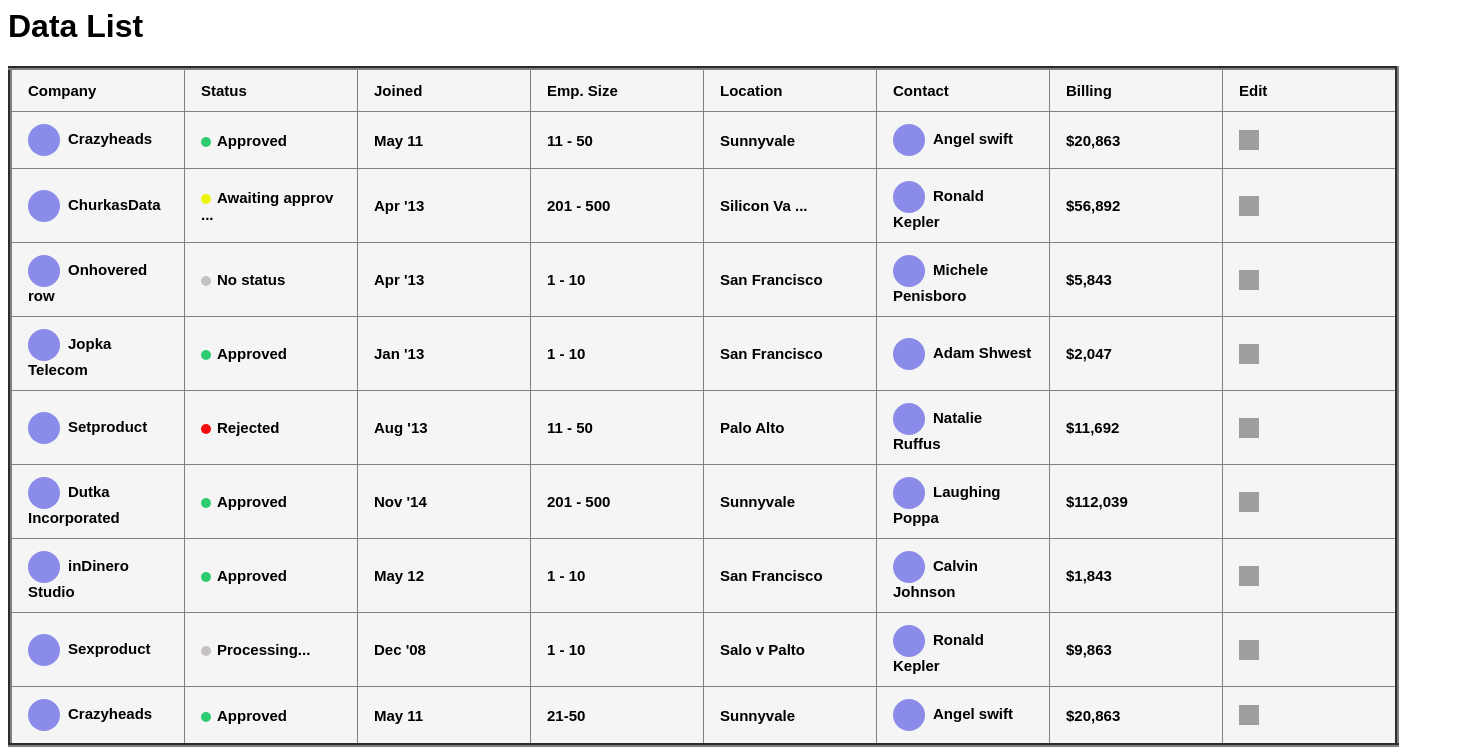
Repository: AdityaTech-Pro/FullStackWithBridgelabz
Page: Assignment2/Data_List/index.html
These files come from the project's save history. The page is drawn as it stood at one moment and after the next save; the edit follows.
The browser window is 1280 px wide. The page is 1399 px wide, then 1479 px, so the pictures cover 1479 px, including what lies to the right of the window. The pictures show the whole page.
Pictures or frames that could not be fetched are drawn as grey boxes.

Above is the page before, as saved 2025-10-15 10:16:54.

### Assignment2/Data_List/index.html
<html>

<head>
    <style>
        body {
            font-family: Arial, Helvetica, sans-serif;
        }

        .center {
            margin-left: auto;
            margin-right: auto;
        }
        /* improve table appearance */

        table.center {
            border-collapse: collapse;
            width: 90%;
            max-width: 1100px;
        }

        table.center th,
        table.center td {
            padding: 12px 16px;
            text-align: left;
            font-size: 15px;
            vertical-align: middle;
            min-width: 140px;
        }

        table.center th {
            background: #f5f5f5;
        }
        /* small icon class for action images */

        .icon {
            width: 20px;
            height: 20px;
            vertical-align: middle;
        }
        /* circular avatar placeholder that can contain an image */

        .avatar {
            display: inline-block;
            width: 32px;
            height: 32px;
            border-radius: 50%;
            background: rgb(139, 139, 234);
            margin-right: 8px;
            vertical-align: middle;
            overflow: hidden;
        }

        .avatar img {
            width: 100%;
            height: 100%;
            object-fit: cover;
            display: block;
        }
        /* small status dot to show approval, pending, etc. */

        .status-dot {
            display: inline-block;
            width: 10px;
            height: 10px;
            border-radius: 50%;
            background: #2ecc71;
            /* green = approved */
            margin-right: 6px;
            vertical-align: middle;
        }

        .status2-dot {
            display: inline-block;
            width: 10px;
            height: 10px;
            border-radius: 50%;
            background: #f50b0b;
            /* green = approved */
            margin-right: 6px;
            vertical-align: middle;
        }

        .status3-dot {
            display: inline-block;
            width: 10px;
            height: 10px;
            border-radius: 50%;
            background: #edf50b;
            /* green = approved */
            margin-right: 6px;
            vertical-align: middle;
        }

        .status4-dot {
            display: inline-block;
            width: 10px;
            height: 10px;
            border-radius: 50%;
            background: #c5c1c1;
            /* green = approved */
            margin-right: 6px;
            vertical-align: middle;
        }
    </style>
</head>
<title>
    <h2>Welcome to My Web Page</h2>
</title>

<body>
    <table border="4" cellspacing="1" cellpadding="4" class="center">
        <h1 class="center">Data List</h1>
        <tr>
            <th>Company</th>
            <th>Status</th>
            <th>Joined</th>
            <th>Emp. Size</th>
            <th>Location</th>
            <th>Contact</th>
            <th>Billing</th>
            <th>Edit</th>
        </tr>

        <tr>
            <th><span class="avatar" id="avatar-crazyheads" title="Add logo"></span>Crazyheads</th>
            <th><span class="status-dot"></span>Approved</th>
            <th>May 11</th>
            <th>11 - 50</th>
            <th>Sunnyvale</th>
            <th><span class="avatar" id="avatar-crazyheads" title="Add logo"></span>Angel swift</th>
            <th>$20,863</th>
            <th>
                <img class="icon " src="https://www.svgrepo.com/show/325130/edit-pencil.svg " alt="Edit ">
            </th>
        </tr>

        <tr>
            <th><span class="avatar" id="avatar-crazyheads" title="Add logo"></span>ChurkasData</th>
            <th><span class="status3-dot"></span>Awaiting approv ...</th>
            <th>Apr '13</th>
            <th>201 - 500</th>
            <th> Silicon Va ...</th>
            <th><span class="avatar" id="avatar-crazyheads" title="Add logo"></span>Ronald Kepler</th>
            <th>$56,892</th>
            <th>
                <img class="icon " src="https://www.svgrepo.com/show/325130/edit-pencil.svg " alt="Edit ">
            </th>
        </tr>

        <tr>
            <th><span class="avatar" id="avatar-crazyheads" title="Add logo"></span>Onhovered row</th>
            <th><span class="status4-dot"></span>No status</th>
            <th>Apr '13</th>
            <th>1 - 10</th>
            <th>San Francisco</th>
            <th><span class="avatar" id="avatar-crazyheads" title="Add logo"></span>Michele Penisboro</th>
            <th>$5,843</th>
            <th>
                <img class="icon " src="https://www.svgrepo.com/show/325130/edit-pencil.svg " alt="Edit ">
            </th>
        </tr>

        <tr>
            <th><span class="avatar" id="avatar-crazyheads" title="Add logo"></span>Jopka Telecom</th>
            <th><span class="status-dot"></span>Approved</th>
            <th>Jan '13</th>
            <th>1 - 10</th>
            <th>San Francisco</th>
            <th><span class="avatar" id="avatar-crazyheads" title="Add logo"></span>Adam Shwest</th>
            <th>$2,047</th>
            <th>
                <img class="icon " src="https://www.svgrepo.com/show/325130/edit-pencil.svg " alt="Edit ">
            </th>
        </tr>

        <tr>
            <th><span class="avatar" id="avatar-crazyheads" title="Add logo"></span>Setproduct</th>
            <th><span class="status2-dot"></span>Rejected</th>
            <th>Aug '13</th>
            <th>11 - 50</th>
            <th>Palo Alto</th>
            <th><span class="avatar" id="avatar-crazyheads" title="Add logo"></span>Natalie Ruffus</th>
            <th>$11,692</th>
            <th>
                <img class="icon " src="https://www.svgrepo.com/show/325130/edit-pencil.svg " alt="Edit ">
            </th>

            <tr>
                <th><span class="avatar" id="avatar-crazyheads" title="Add logo"></span>Dutka Incorporated</th>
                <th><span class="status-dot"></span>Approved</th>
                <th>Nov '14</th>
                <th>201 - 500</th>
                <th>Sunnyvale</th>
                <th><span class="avatar" id="avatar-crazyheads" title="Add logo"></span>Laughing Poppa</th>
                <th>$112,039</th>
                <th>
                    <img class="icon " src="https://www.svgrepo.com/show/325130/edit-pencil.svg " alt="Edit ">
                </th>
            </tr>

            <tr>
                <th><span class="avatar" id="avatar-crazyheads" title="Add logo"></span>inDinero Studio</th>
                <th><span class="status-dot"></span>Approved</th>
                <th>May 12</th>
                <th>1 - 10</th>
                <th>San Francisco</th>
                <th><span class="avatar" id="avatar-crazyheads" title="Add logo"></span>Calvin Johnson</th>
                <th>$1,843</th>
                <th>
                    <img class="icon " src="https://www.svgrepo.com/show/325130/edit-pencil.svg " alt="Edit ">
                </th>
            </tr>

            <tr>
                <th><span class="avatar" id="avatar-crazyheads" title="Add logo"></span>Sexproduct</th>
                <th><span class="status4-dot"></span>Processing...</th>
                <th>Dec '08</th>
                <th>1 - 10</th>
                <th>Salo v Palto</th>
                <th><span class="avatar" id="avatar-crazyheads" title="Add logo"></span>Ronald Kepler</th>
                <th>$9,863</th>
                <th>
                    <img class="icon " src="https://www.svgrepo.com/show/325130/edit-pencil.svg " alt="Edit ">
                </th>
            </tr>

            <tr>
                <th><span class="avatar" id="avatar-crazyheads" title="Add logo"></span>Crazyheads</th>
                <th><span class="status-dot"></span>Approved</th>
                <th>May 11</th>
                <th>21-50</th>
                <th>Sunnyvale</th>
                <th><span class="avatar" id="avatar-crazyheads" title="Add logo"></span>Angel swift</th>
                <th>$20,863</th>
                <th>
                    <img class="icon " src="https://www.svgrepo.com/show/325130/edit-pencil.svg " alt="Edit ">
                </th>
            </tr>

        </tr>

    </table>

</body>

</html>

After the next save:
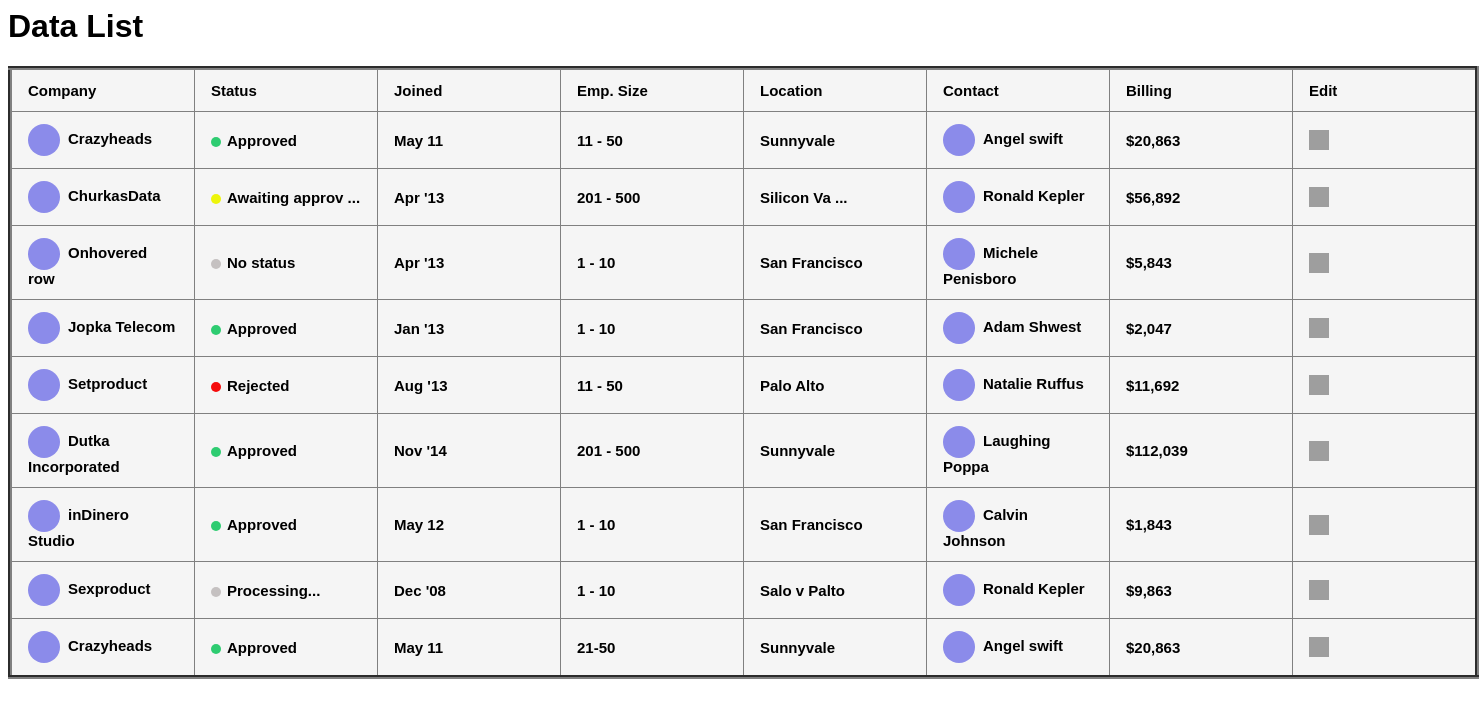
Saved 9 s later.
--- a/Assignment2/Data_List/index.html
+++ b/Assignment2/Data_List/index.html
@@ -24,7 +24,7 @@
             text-align: left;
             font-size: 15px;
             vertical-align: middle;
-            min-width: 140px;
+            min-width: 150px;
         }
 
         table.center th {
